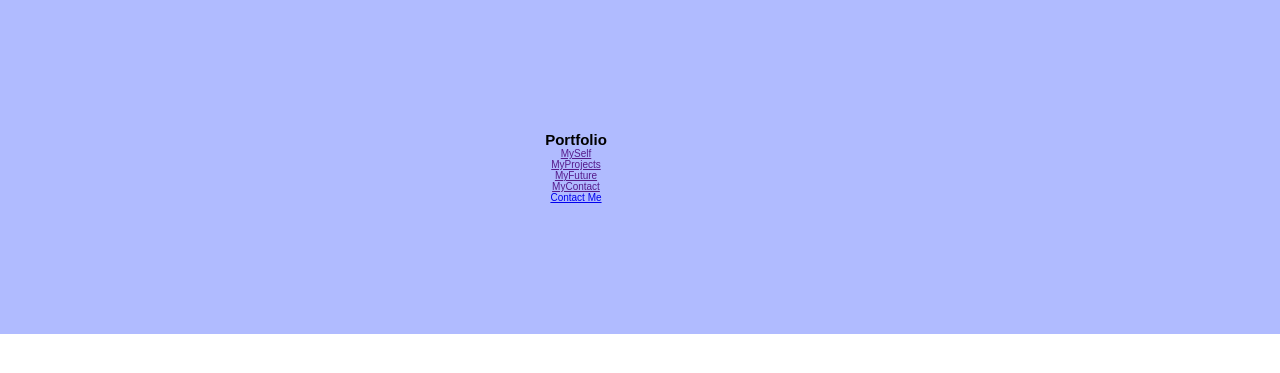
Repository: ChristianGecchelin/PortfolioOnline
Page: index.html
An editor plug-in stored every save of this project. The page is shown before and after the next save, followed by the edit.
The browser window is 1280 px wide. The pictures show the whole page.

Above is the page before, as saved 2022-01-08 11:49:10.

After the next save:
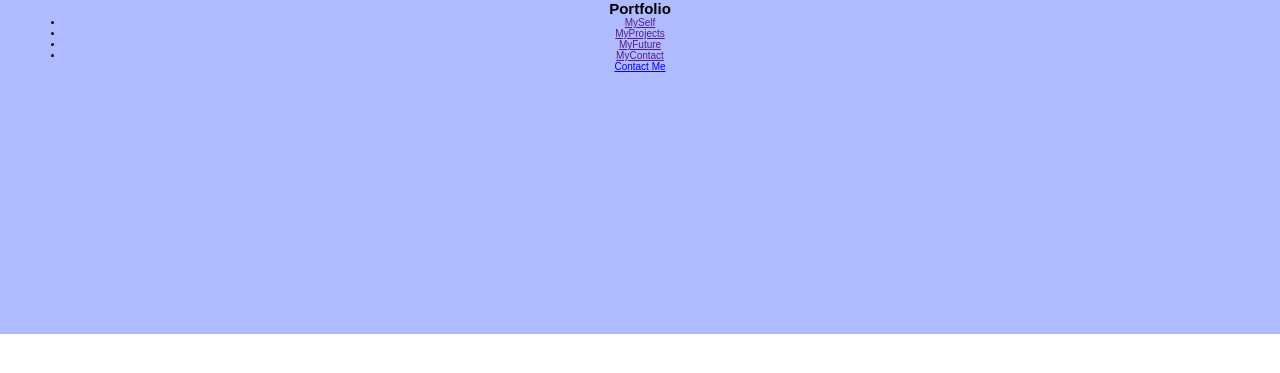
Saved 70 s later.
--- a/styles/styles.css
+++ b/styles/styles.css
@@ -29,14 +29,13 @@ header {
   justify-content: center;
   height: auto;
   background: var(--light-violet);
+  text-align: center;
 }
 header nav {
-  position: relative;
-  display: flex;
   flex-direction: column;
   justify-content: center;
   width: 90%;
-  min-width: 320px;
+  min-width: 288px;
   height: 334px;
-  text-align: center;
+  align-self: center;
 }
